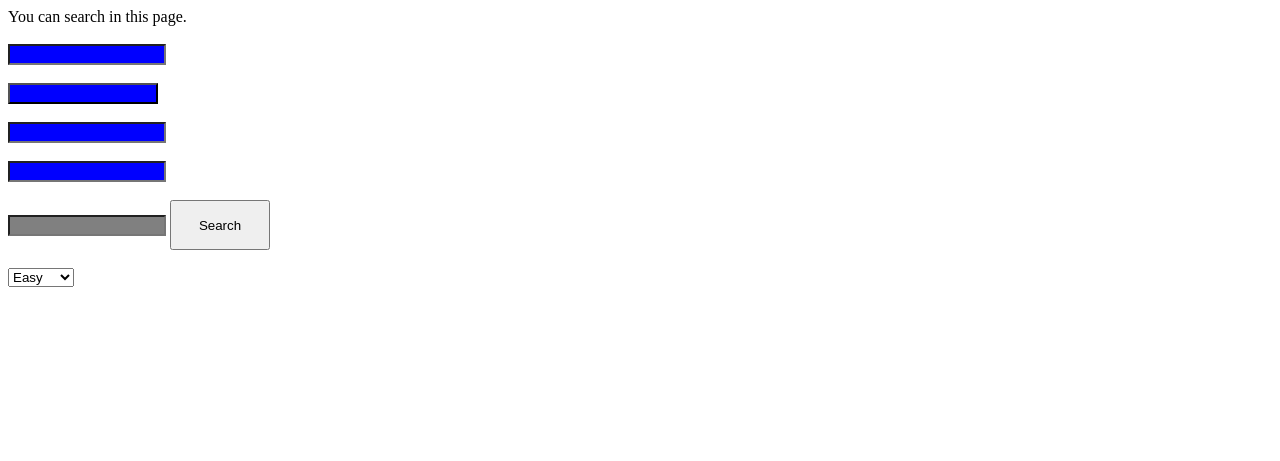
Repository: learoncero/SEProjektUebung
Page: http://localhost/HikingSoftware/search.jsp
These files come from the project's save history. The page is drawn as it stood at one moment and after the next save; the edit follows.
The browser window is 1280 px wide. The pictures show the whole page.
The page is served by Tomcat 9.

Above is the page before, as saved 2023-10-18 08:55:11.

After the next save:
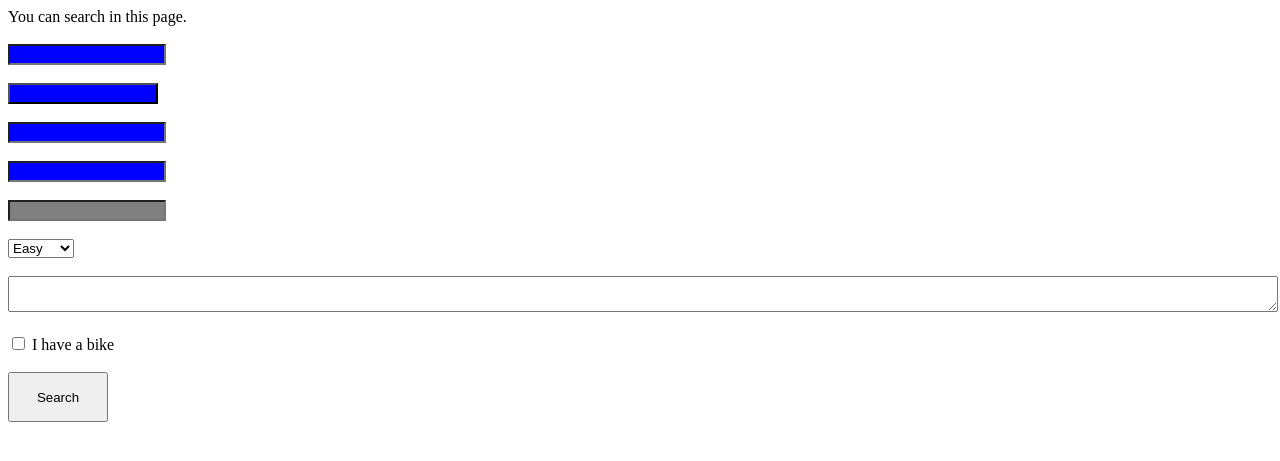
Saved 3 min 4 s later.
--- a/HikingSoftware/src/main/webapp/search.jsp
+++ b/HikingSoftware/src/main/webapp/search.jsp
@@ -20,15 +20,27 @@
 
 	<!-- Mit form kann man Daten schicken. Mit method="post" wird Passwort nicht im
 	Suchstring als Klartext mitgeschickt. Nur für Login & für längere Formulare z.B. Wanderung erfassen. -->
+
 	<form action="search_results.jsp" method="post">
 		<input type="text" name="searchString" style="width:150px;background-color:grey">
+		<br/><br/>
+
 		<!-- Mit type submit werden alle Inhalte in dem Textfeld als Formular geschickt  -->
-		<input type="submit" value="Search" style="width:100px;height:50px">
-		<br/><br/>
+
 		<select name="difficulty">
 			<option value="1">Easy</option>
 			<option value="5">Difficult</option>
 		</select>
+		<br/><br/>
+
+		<textarea name="description" style="width:100%"></textarea>
+		<br/><br/>
+
+		<input type="checkbox" name="bike">
+		<label for="vehicle1">I have a bike</label>
+		<br/><br/>
+
+		<input type="submit" value="Search" style="width:100px;height:50px">
 	</form>
 
 
